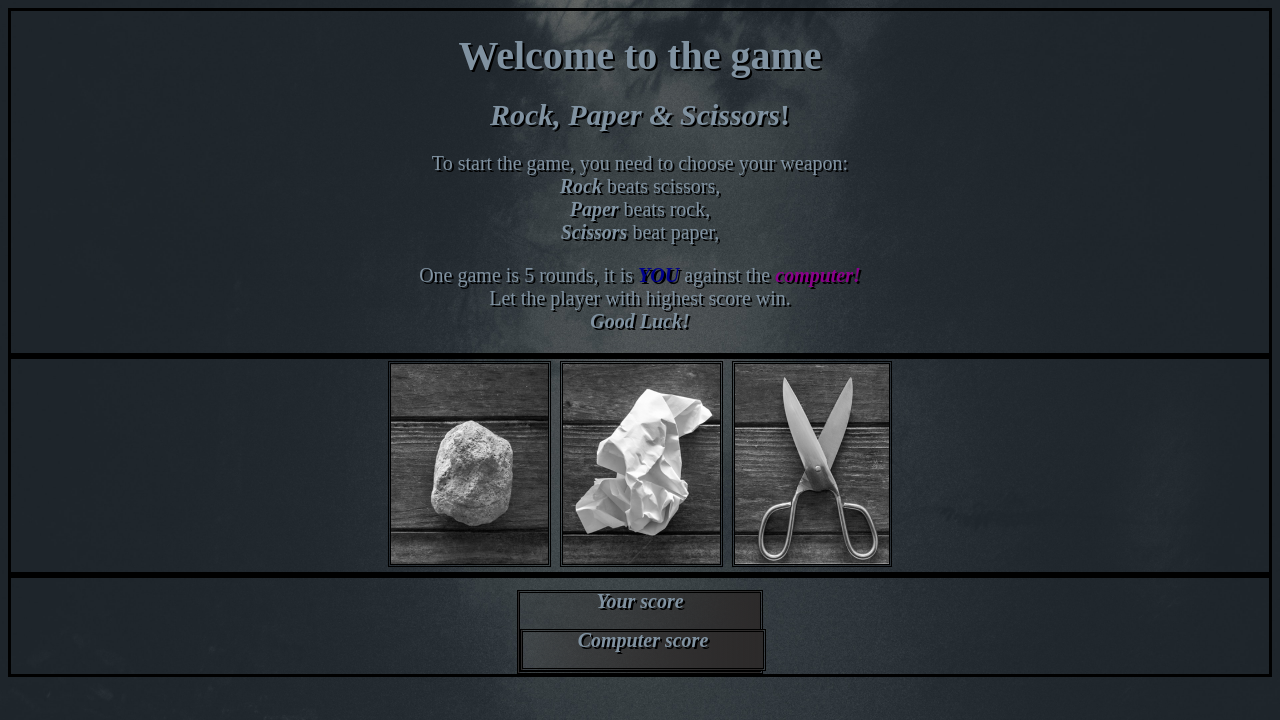
Repository: agneta1991/rock-paper-scissors
Page: Desktop/coding/index2.html
These files come from the project's save history. The page is drawn as it stood at one moment and after the next save; the edit follows.
The browser window is 1280 px wide. The pictures show the whole page.

Above is the page before, as saved 2023-03-06 08:45:53.

### Desktop/coding/index2.html
<!DOCTYPE html>
<html lang="en">
<head>
    <meta charset="UTF-8">
    <title>Rock Paper Scissors</title>
    <link rel="styleSheet" href='styles.css'>
</head>
<body>
    <script src="js.js" defer></script>
    <div class="container1">
        <div class="title">
            <h1>Welcome to the game </h1>
            <h2><span>Rock, Paper & Scissors</span>!</h2>
            <p>To start the game, you need to choose your weapon:<br>
            <span>Rock</span> beats scissors, <br>
            <span>Paper</span> beats rock, <br>
            <span>Scissors</span> beat paper,</p>
            <p>One game is 5 rounds, it is <span style="color: darkblue">YOU</span> against the <span style="color: darkmagenta">computer!</span><br>
            Let the player with highest score win.<br>
        <span>Good Luck!</span></p>
        </div>
    </div>
    <div class ="container2">
        <div class="options">
            <button class="Rock"> <img src='images/rock.png'></button>
            <button class="Paper"><img src='images/paper.png'></button>
            <button class="Scissors"><img src='images/scissors.png'></button>
        </div>
    </div>
    <div class="container3">
        <div id="playerChoice"></div><div id="computerChoice"></div>
        <div id="msg"></div>
        <div class="score">
            <div class="playerScore"><span>Your score<span></span>
            <div id="displayedPlayerScore"></p></div>
            <div class="computerScore"><span>Computer score<span></span>
            <div id="displayedComputerScore"></p></div></div>
        </div>
    </div>
</body>
</html>

### Desktop/coding/styles.css
body{
    background-image: url('images/background.jpg');
    background-size:100%;
}
h1, h2{
    line-height: 90%;
}

.container1, .container2, .container3{
    border: solid black;
    color: rgb(128, 146, 161);
    text-shadow: 2px 2px black;
    font-size: 20px;
}
span{
    font-weight: bold;
    font-style: italic;
}
.container1{
    display: flex;
    justify-content: center;
    text-align: center;
}


img{
    width: auto ;
    height: 200px ;
    border-style: double;
}

.container2 {
    display: flex;
    justify-content: center;
    gap: 8px;
}
button{
    background-color: transparent;
    padding: 0%;
    border-color: transparent;
}


img {
    -webkit-filter:
    grayscale(100%);
    filter:grayscale(100%);
    -webkit-transition: .2s
    ease-in-out;
    transition: .2s ease-in-out;

}

img:hover {
    -webkit-filter:grayscale(0);
    filter:grayscale(0);

}

.playerScore, .computerScore {
    line-height: 80%;
    border: black;
    width: 240px;
    border-style: double;
    background-image: linear-gradient(to right, rgba(156, 146, 146, 0.055),rgb(44, 42, 42) );
}

.score{
    display: flex;
    justify-content: center;
    text-align: center;
    gap: 5px;

}

#playerChoice, #computerChoice, #msg{
    display: flex;
    justify-content: center;
    text-align: center;
    padding: 2px;
    font-size: 25px;
    display: flex;
    justify-content: center;
    text-align: center;
}

### Desktop/coding/js.js
const choice = ['Rock', 'Paper', 'Scissors'];
const computerChoice = choice[Math.floor(Math.random()*choice.length)];


function round() {
const btn = document.querySelectorAll('button');


function oneClick(){
    btn.forEach((individualBtn)=>{
    individualBtn.addEventListener('click', ()=>{
        document.getElementById ('playerChoice').innerHTML = individualBtn.className + ' against '
        document.getElementById('computerChoice').innerHTML = computerChoice;
        let clicked = individualBtn.className;
        console.log(clicked);


            let msgComp = 'Computer wins!';
            let msgPlay = 'You win!';
            let msgT = "it's a tie!";
            let playerScore=0;
            let computerScore=0;

         if (clicked === 'Rock' && computerChoice === 'Paper'){
            document.getElementById('msg').innerHTML= msgComp;
            ++computerScore;
            document.getElementById('displayedComputerScore').innerHTML = computerScore;
            document.getElementById('displayedPlayerScore').innerHTML = playerScore;
            } else if (clicked==='Paper' && computerChoice ==='Scissors'){
            document.getElementById('msg').innerHTML= msgComp;
            ++computerScore;
            document.getElementById('displayedComputerScore').innerHTML = computerScore;
            document.getElementById('displayedPlayerScore').innerHTML = playerScore;
            } else if (clicked === 'Scissors' && computerChoice==='Rock'){
            ++computerScore;
            document.getElementById('displayedComputerScore').innerHTML = computerScore;
            document.getElementById('displayedPlayerScore').innerHTML = playerScore;
            document.getElementById('msg').innerHTML= msgComp;
            } else if (clicked=== 'Paper' && computerChoice==='Rock'){
            ++playerScore;
            document.getElementById('displayedPlayerScore').innerHTML = playerScore;
            document.getElementById('displayedComputerScore').innerHTML = computerScore;
            document.getElementById('msg').innerHTML= msgPlay;
            } else if(clicked === 'Scissors' && computerChoice === 'Paper'){
            ++playerScore;
            document.getElementById('displayedPlayerScore').innerHTML = playerScore;
            document.getElementById('displayedComputerScore').innerHTML = computerScore;
            document.getElementById('msg').innerHTML= msgPlay;
            } else if (clicked === 'Rock' && computerChoice==='Scissors'){
            ++playerScore;
            document.getElementById('displayedPlayerScore').innerHTML = playerScore;
            document.getElementById('displayedComputerScore').innerHTML = computerScore;
            document.getElementById('msg').innerHTML= msgPlay;

            } else document.getElementById('msg').innerHTML= msgT;
            document.getElementById('displayedPlayerScore').innerHTML = playerScore;
            document.getElementById('displayedComputerScore').innerHTML = computerScore;


    });
});
}
oneClick();


}

round();

After the next save:
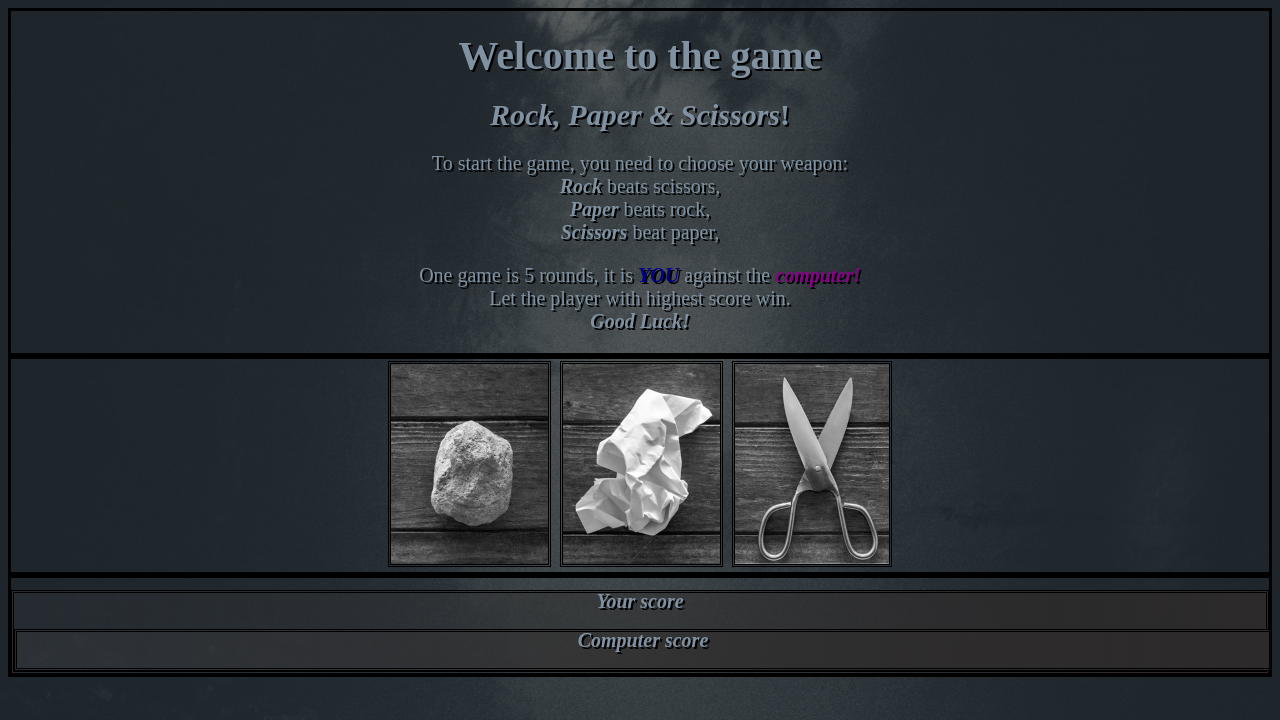
Saved 16 s later.
--- a/Desktop/coding/styles.css
+++ b/Desktop/coding/styles.css
@@ -60,7 +60,7 @@
 .playerScore, .computerScore {
     line-height: 80%;
     border: black;
-    width: 240px;
+    width: 100%;
     border-style: double;
     background-image: linear-gradient(to right, rgba(156, 146, 146, 0.055),rgb(44, 42, 42) );
 }

After the save that followed:
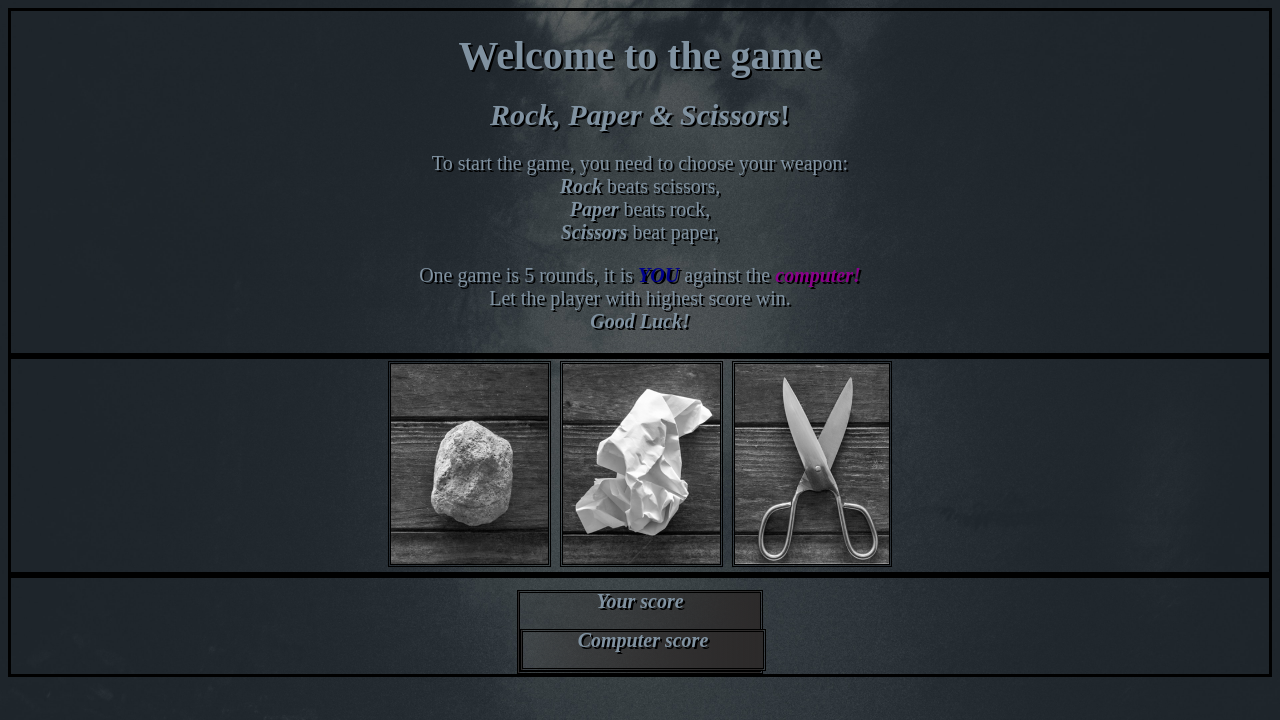
Saved 25 s later.
--- a/Desktop/coding/styles.css
+++ b/Desktop/coding/styles.css
@@ -60,7 +60,7 @@
 .playerScore, .computerScore {
     line-height: 80%;
     border: black;
-    width: 100%;
+    width: 240px;
     border-style: double;
     background-image: linear-gradient(to right, rgba(156, 146, 146, 0.055),rgb(44, 42, 42) );
 }
